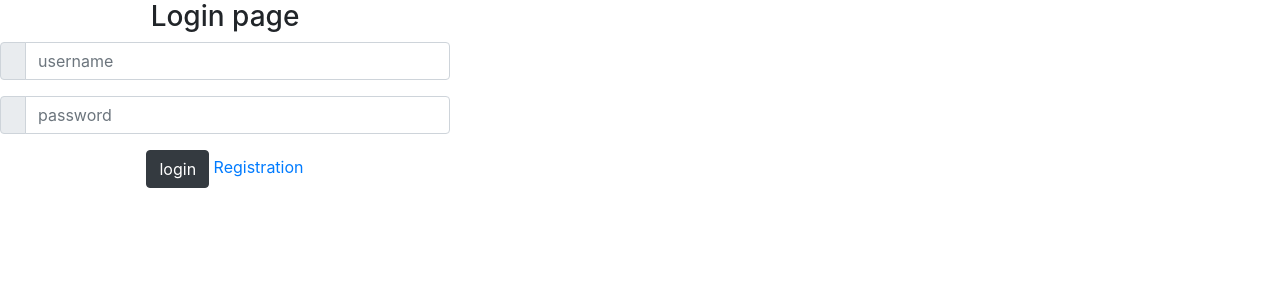
Repository: vishnushelke/LoginPage
Page: http://localhost/MyLoginPage/Login.jsp
These files come from the project's save history. The page is drawn as it stood at one moment and after the next save; the edit follows.
The browser window is 1280 px wide. The pictures show the whole page.
The page is served by Tomcat 9. Other server files are loaded and not shown.

Above is the page before, as saved 2019-10-10 06:29:22.

### MyLoginPage/WebContent/Login.jsp
<%@ page language="java" contentType="text/html; charset=UTF-8"
    pageEncoding="UTF-8"%>
<!DOCTYPE html>
<html>
<head>
<meta charset="UTF-8">
<title>Insert title here</title>
<link rel="stylesheet"
href="https://maxcdn.bootstrapcdn.com/bootstrap/4.3.1/css/bootstrap.min.css">
<script
src="https://ajax.googleapis.com/ajax/libs/jquery/3.4.1/jquery.min.js"></script>
<script
src="https://cdnjs.cloudflare.com/ajax/libs/popper.js/1.14.7/umd/popper.min.js"></script>
<script
src="https://maxcdn.bootstrapcdn.com/bootstrap/4.3.1/js/bootstrap.min.js"></script>
</head>
<body>
<form action="login" method="post">
<div style='text-align:center'>
<fieldset style="width:450px">
<h3>Login page</h3>
<div class="input-group mb-3">
  <div class="input-group-prepend">
    <span class="input-group-text" id="basic-addon1"></span>
  </div>
  <input type="text" class="form-control" name="username" placeholder="username" aria-label="username" aria-describedby="basic-addon1">
</div>
<div class="input-group mb-3">
  <div class="input-group-prepend">
    <span class="input-group-text" id="basic-addon1"></span>
  </div>
  <input type="password" class="form-control" name="password" placeholder="password" aria-label="password" aria-describedby="basic-addon1">
</div>

<input type="submit" value="login" class="btn btn-dark"></button> <a href="register.jsp">Registration</a>

</div>
</fieldset>
</form>

</body>


</html>

After the next save:
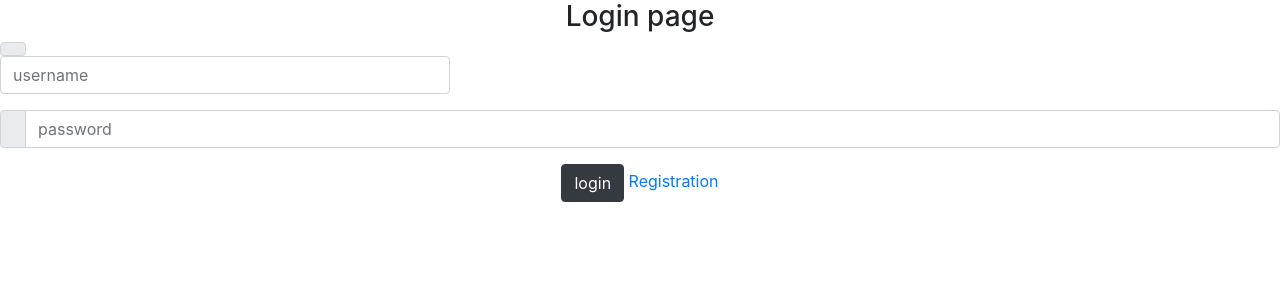
Saved 54 s later.
--- a/MyLoginPage/WebContent/Login.jsp
+++ b/MyLoginPage/WebContent/Login.jsp
@@ -17,13 +17,16 @@ src="https://maxcdn.bootstrapcdn.com/bootstrap/4.3.1/js/bootstrap.min.js"></scri
 <body>
 <form action="login" method="post">
 <div style='text-align:center'>
+
+<h3>Login page</h3>
+
+<div class="input-group mb-3">
 <fieldset style="width:450px">
-<h3>Login page</h3>
-<div class="input-group mb-3">
   <div class="input-group-prepend">
     <span class="input-group-text" id="basic-addon1"></span>
   </div>
   <input type="text" class="form-control" name="username" placeholder="username" aria-label="username" aria-describedby="basic-addon1">
+  </fieldset>
 </div>
 <div class="input-group mb-3">
   <div class="input-group-prepend">
@@ -35,7 +38,7 @@ src="https://maxcdn.bootstrapcdn.com/bootstrap/4.3.1/js/bootstrap.min.js"></scri
 <input type="submit" value="login" class="btn btn-dark"></button> <a href="register.jsp">Registration</a>
 
 </div>
-</fieldset>
+
 </form>
 
 </body>
